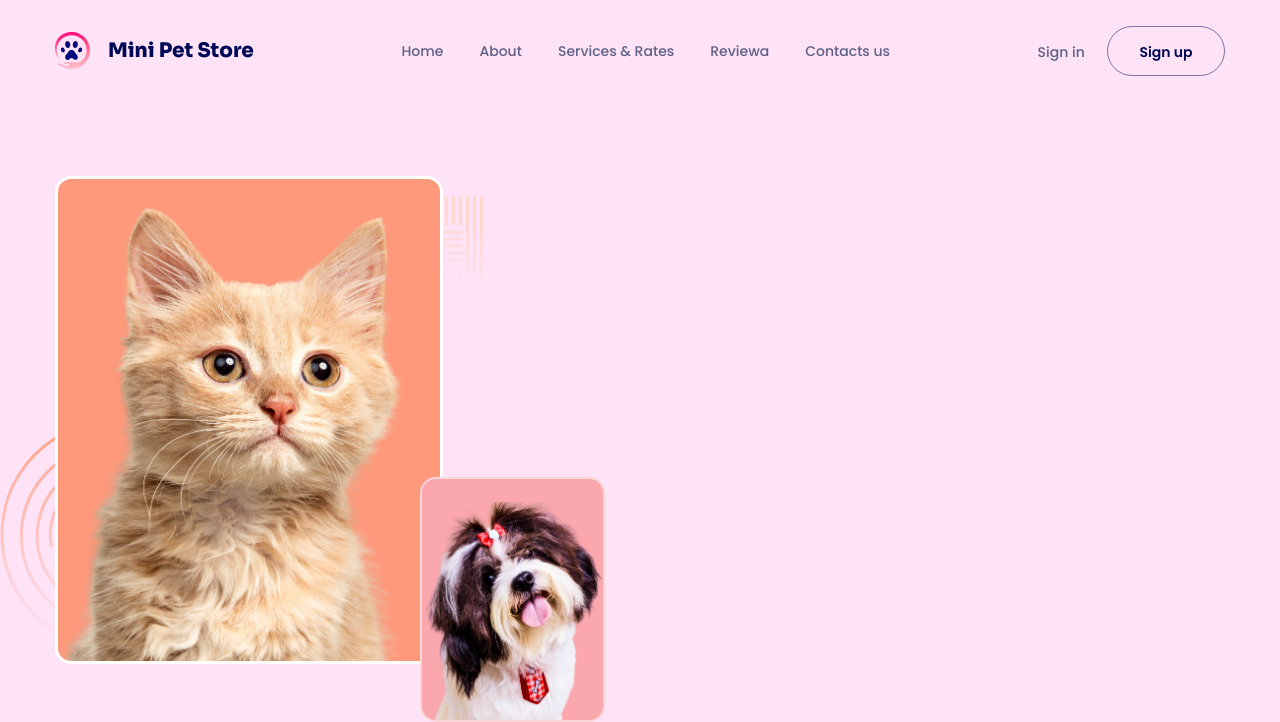
Repository: Tran-Dat/ASM-HTML5-F8-04
Page: index.html
These files come from the project's save history. The page is drawn as it stood at one moment and after the next save; the edit follows.
The browser window is 1280 px wide. The pictures show the whole page.

Above is the page before, as saved 2023-06-12 16:14:13.

### index.html
<!DOCTYPE html>
<html lang="en">
    <head>
        <meta charset="UTF-8" />
        <meta name="viewport" content="width=device-width, initial-scale=1.0" />
        <title>PS27621-TranTanDat-ASM</title>

        <!-- favicon -->
        <link
            rel="apple-touch-icon"
            sizes="57x57"
            href="./assets/favicon/apple-icon-57x57.png"
        />
        <link
            rel="apple-touch-icon"
            sizes="60x60"
            href="./assets/favicon/apple-icon-60x60.png"
        />
        <link
            rel="apple-touch-icon"
            sizes="72x72"
            href="./assets/favicon/apple-icon-72x72.png"
        />
        <link
            rel="apple-touch-icon"
            sizes="76x76"
            href="./assets/favicon/apple-icon-76x76.png"
        />
        <link
            rel="apple-touch-icon"
            sizes="114x114"
            href="./assets/favicon/apple-icon-114x114.png"
        />
        <link
            rel="apple-touch-icon"
            sizes="120x120"
            href="./assets/favicon/apple-icon-120x120.png"
        />
        <link
            rel="apple-touch-icon"
            sizes="144x144"
            href="./assets/favicon/apple-icon-144x144.png"
        />
        <link
            rel="apple-touch-icon"
            sizes="152x152"
            href="./assets/favicon/apple-icon-152x152.png"
        />
        <link
            rel="apple-touch-icon"
            sizes="180x180"
            href="./assets/favicon/apple-icon-180x180.png"
        />
        <link
            rel="icon"
            type="image/png"
            sizes="192x192"
            href="./assets/favicon/android-icon-192x192.png"
        />
        <link
            rel="icon"
            type="image/png"
            sizes="32x32"
            href="./assets/favicon/favicon-32x32.png"
        />
        <link
            rel="icon"
            type="image/png"
            sizes="96x96"
            href="./assets/favicon/favicon-96x96.png"
        />
        <link
            rel="icon"
            type="image/png"
            sizes="16x16"
            href="./assets/favicon/favicon-16x16.png"
        />
        <link rel="manifest" href="./assets/favicon/manifest.json" />
        <meta name="msapplication-TileColor" content="#ffffff" />
        <meta
            name="msapplication-TileImage"
            content="./assets/favicon/ms-icon-144x144.png"
        />
        <meta name="theme-color" content="#ffffff" />

        <!-- reset css -->
        <link rel="stylesheet" href="./assets/css/reset.css" />

        <!-- Font gg -->
        <link rel="preconnect" href="https://fonts.googleapis.com" />
        <link rel="preconnect" href="https://fonts.gstatic.com" crossorigin />
        <link
            href="https://fonts.googleapis.com/css2?family=Poppins:wght@300;400;500;600&family=Sora:wght@600;700;800&display=swap"
            rel="stylesheet"
        />

        <!-- styles css -->
        <link rel="stylesheet" href="./assets/css/styles.css" />
    </head>
    <body>
        <!-- Header -->
        <header class="header">
            <div class="container">
                <div class="header__inner">
                    <!-- Logo -->
                    <div class="header-logo">
                        <img src="./assets/img/logo.svg" alt="" class="logo" />
                        <h1 class="header-logo__title">
                            <a href="#!">Mini Pet Store</a>
                        </h1>
                    </div>

                    <!-- navbar -->
                    <nav class="navbar">
                        <ul class="navbar__list">
                            <li class="navbar__item">
                                <a href="#" class="navbar__link">Home</a>
                            </li>
                            <li class="navbar__item">
                                <a href="#" class="navbar__link">About</a>
                            </li>
                            <li class="navbar__item">
                                <a href="#" class="navbar__link"
                                    >Services & Rates</a
                                >
                            </li>
                            <li class="navbar__item">
                                <a href="#" class="navbar__link">Reviewa</a>
                            </li>
                            <li class="navbar__item">
                                <a href="#" class="navbar__link">Contacts us</a>
                            </li>
                        </ul>
                    </nav>

                    <!-- header action -->
                    <div class="header-action">
                        <a href="" class="header-action__link">Sign in</a>
                        <a href="" class="btn header-action__btn">Sign up</a>
                    </div>
                </div>
            </div>
        </header>

        <!-- Hero -->
        <section class="hero">
            <div class="container">
                <div class="hero__inner">
                    <!-- hero media -->
                    <div class="hero__media">
                        <!-- pet-01 -->
                        <div class="hero__img-wrap">
                            <img
                                src="./assets/img/pet-01.png"
                                alt=""
                                class="hero__img"
                            />

                            <!-- Decorators -->
                            <img
                                src="./assets/img/decor-01.svg"
                                alt=""
                                class="hero__decor hero__decor-left"
                            />
                            <img
                                src="./assets/img/decor-02.svg"
                                alt=""
                                class="hero__decor hero__decor-right"
                            />
                        </div>

                        <!-- Pet-02 -->
                        <div class="hero__img-wrap hero__img-wrap-small">
                            <img
                                src="./assets/img/pet-02.png"
                                alt=""
                                class="hero__img hero__img-small"
                            />
                        </div>
                    </div>

                    <!-- hero content -->
                    <section class="hero__content"></section>
                </div>
            </div>
        </section>
    </body>
</html>

### assets/css/styles.css
* {
    box-sizing: border-box;
}

html {
    font-size: 62.5%;
}

body {
    font-size: 1.6rem;
    font-family: "Poppins", sans-serif;
    background: #fee2f6;
}

/* ============================ common ============================ */

a {
    text-decoration: none;
}

h1,
h2,
h3,
h4,
h5,
h6 {
    font-family: "Sora", sans-serif;
}

input,
textarea,
select,
button {
    font-size: inherit;
    font-family: inherit;
}

.container {
    width: 1170px;
    max-width: calc(100% - 48px);
    margin: 0 auto;
}

.btn {
    --height: 56px;

    display: inline-block;
    min-width: 130px;
    height: var(--height);
    line-height: var(--height);
    border: 1px solid #00095880;
    border-radius: 99px;

    font-weight: 600;
    font-size: 1.4rem;

    text-align: center;
    color: #000958;
}

.btn:hover {
    opacity: 0.9;
}

/* =============== Header =============== */

.header {
    padding: 26px 0;
}

.header__inner {
    display: flex;
    align-items: center;
    justify-content: space-between;
}

.header-logo {
    display: flex;
    align-items: center;
}

.header-logo__title a {
    padding: 8px 18px;
    font-weight: 800;
    font-size: 20px;
    color: #000958;
}

.navbar__list {
    display: flex;
}

.navbar__link,
.header-action__link {
    padding: 8px 18px;
    font-weight: 500;
    font-size: 1.4rem;
    line-height: 1;
    color: #5e6085;
}

.navbar__link:hover {
    color: #000958;
    text-shadow: 1px 0 0 currentColor;
}

.header-action__btn {
    --height: 50px;

    min-width: 118px;
}

/* =============== Hero =============== */
.hero {
    margin-top: 74px;
}

.hero__inner {
    display: flex;
    align-items: center;
    justify-content: space-between;
}

.hero__media {
    display: flex;
}

.hero__img-wrap {
    position: relative;
    display: flex;
    align-items: flex-end;
    justify-content: center;
    width: 388px;
    height: 488px;
    background: #fe997b;
    border-radius: 16px;
    border: 3px solid #fff;
}

.hero__img {
    max-width: 100%;
    max-height: 100%;
    border-radius: inherit;
}

.hero__decor {
    z-index: -1;
    position: absolute;
}

.hero__decor-left {
    left: -58px;
    bottom: 10px;
}

.hero__decor-right {
    top: 16px;
    right: -43px;
}

.hero__img-wrap-small {
    align-self: flex-end;
    margin: 0 0 -58px -23px;
    width: 185px;
    height: 245px;
    background: #faa7ad;
    border-radius: 16px;
    border: 2px solid #fad5d8;
}

.hero__img-small {
}

Loaded but not shown: assets/css/reset.css (common file)

After the next save:
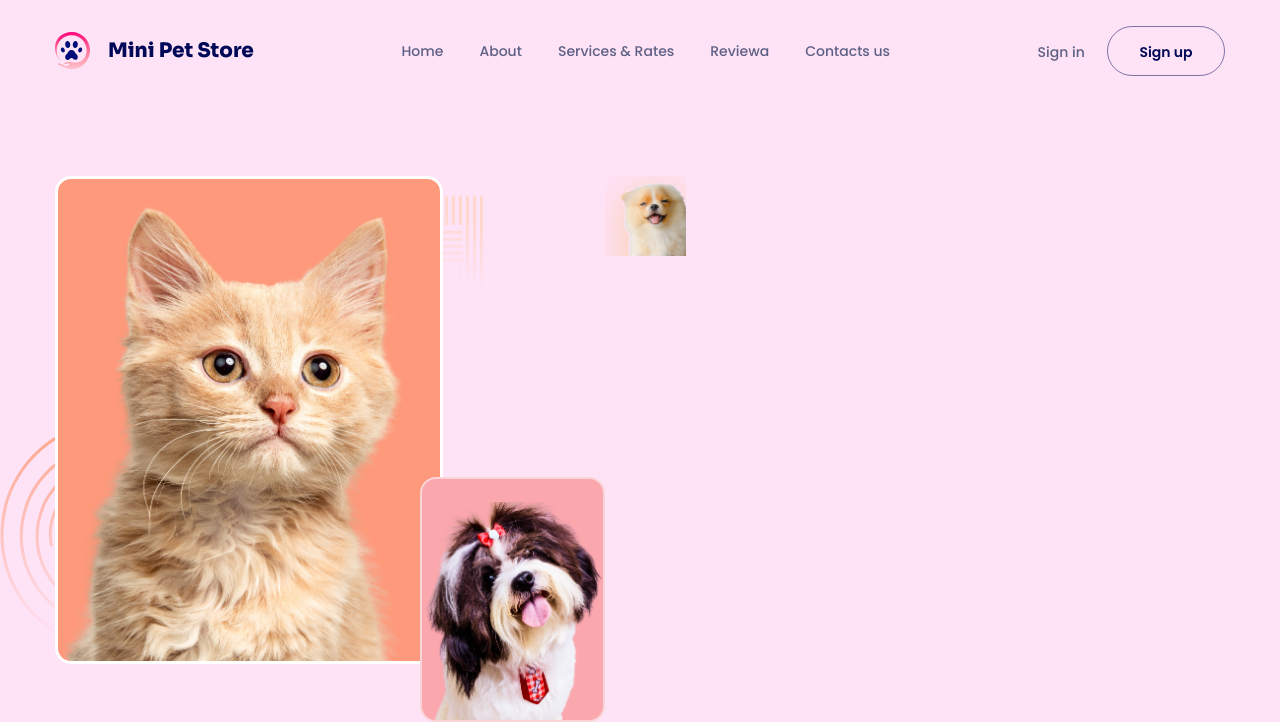
Saved 2 min 33 s later.
--- a/index.html
+++ b/index.html
@@ -177,6 +177,16 @@
                                 class="hero__img hero__img-small"
                             />
                         </div>
+
+                        <div class="hero__list">
+                            <div class="hero-list-item">
+                                <img
+                                    src="./assets/img/pet-03.png"
+                                    alt=""
+                                    class="hero-list-item__thumb"
+                                />
+                            </div>
+                        </div>
                     </div>
 
                     <!-- hero content -->
